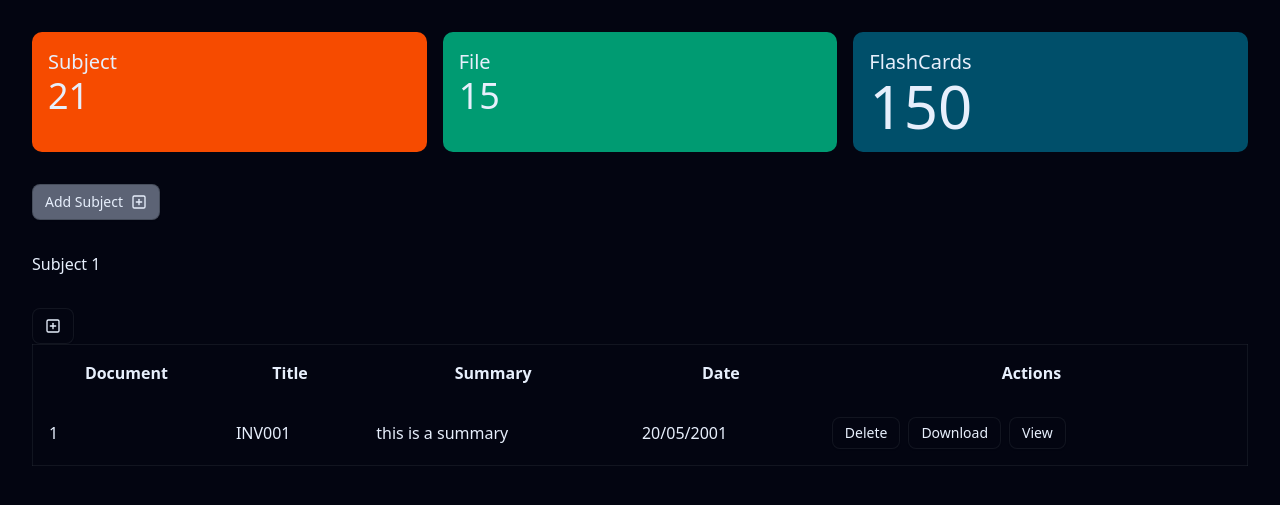
Repository: SywarDer/Student-Assistance
Page: /dashboard (app in student-assistant/)
An editor plug-in stored every save of this project. The page is shown before and after the next save, followed by the edit.
The browser window is 1280 px wide. The pictures show the whole page.
The project was rebuilt for these pictures with package versions that can differ from the ones it lists, and the page was loaded fresh each time. The framework's server and built-in components were replaced by stand-ins that run in the browser. Also part of the build but not shown: student-assistant/next.config.ts, student-assistant/components/ui/input.tsx.

Above is the page before, as saved 2025-11-04 17:36:08.

### student-assistant/app/layout.tsx
import type { Metadata } from "next";
import { Geist, Geist_Mono } from "next/font/google";
import "./globals.css";
import { SidebarProvider, SidebarTrigger } from "@/components/ui/sidebar";


const geistSans = Geist({
  variable: "--font-geist-sans",
  subsets: ["latin"],
});

const geistMono = Geist_Mono({
  variable: "--font-geist-mono",
  subsets: ["latin"],
});

export const metadata: Metadata = {
  title: "Create Next App",
  description: "Generated by create next app",
};

export default function RootLayout({
children,
}: Readonly<{
  children: React.ReactNode;
}>) {
  return (
    <html lang="en">
      <body
        className={`${geistSans.variable} ${geistMono.variable} antialiased`}
      >


        {children}

      </body>
    </html>
  );
}

### student-assistant/app/dashboard/page.tsx
"use client";
import { Button } from "@/components/ui/button";
import { Input } from "@/components/ui/input";
import { TableCaption, TableHeader, TableRow, TableHead, TableBody, TableCell, TableFooter } from "@/components/ui/table";
import { Dialog, DialogTrigger, DialogContent, DialogTitle, DialogDescription, DialogClose } from "@radix-ui/react-dialog";
import { Popover, PopoverTrigger, PopoverContent } from "@radix-ui/react-popover";
import { PlusSquare, Table } from "lucide-react";
import { Label } from "recharts";

export default function Dashboard() {

    const documents = [
        {
            id: "1",
            title: "INV001",
            date: "20/05/2001",
            summary: "this is a summary",
            actions: <div className="flex">
                <Button variant="outline" size="sm" className="mr-2">Delete</Button>
                <Button variant="outline" size="sm" className="mr-2">Download</Button>
                <Button variant="outline" size="sm">View</Button>
            </div>,
        }
    ]
    return (

        <div className="m-8 space-y-8">
            {/*Dashboard Cards*/}
            <div className="flex space-x-4 justify-between w-full">
                <div className="rounded-lg p-4 w-1/3" style={{
                    backgroundColor: "var(--chart-1)",
                    color: "var(--card-foreground)",
                }}>
                    <h1 className="text-xl">Subject</h1>
                    <h1 className="text-4xl">21</h1>
                </div>
                <div className="rounded-lg p-4 w-1/3" style={{
                    backgroundColor: "var(--chart-2)",
                    color: "var(--card-foreground)",
                }}>
                    <h1 className="text-xl">File</h1>
                    <h1 className="text-4xl">15</h1>
                </div>
                <div className="rounded-lg p-4 w-1/3" style={{
                    backgroundColor: "var(--chart-3)",
                    color: "var(--card-foreground)",
                }}>
                    <h1 className="text-xl">FlashCards</h1>
                    <h1 className="text-6xl">150</h1>
                </div>
            </div>

            {/* Button new subject */}
            <Popover>
                <PopoverTrigger asChild>
                    <Button variant="outline" className="cursor-pointer text-sm" style={{ backgroundColor: "var(--ring)" }}>
                    Add Subject <PlusSquare />
                    </Button>

                </PopoverTrigger>
                <PopoverContent className="w-80">
                    <div className="grid gap-4">
                        <div className="space-y-2">
                            <h4 className="leading-none font-medium">Subject</h4>
                            <p className="text-muted-foreground text-sm">
                                Set the details for the subject.
                            </p>
                        </div>
                        <div className="grid gap-2 ">
                            <div className="grid grid-cols-3 items-center gap-4">
                                <h1>Title</h1>
                                <Input
                                    id="width"
                                    defaultValue="100%"
                                    className="col-span-2 h-8"
                                />
                            </div>
                            <div className="grid grid-cols-3 items-center gap-4">
                                <h1>Summary</h1>
                                <Input
                                    id="maxWidth"
                                    defaultValue="300px"
                                    className="col-span-2 h-8"
                                />
                            </div>
                            <Button className="mt-4">Create Subject</Button>
                        </div>
                    </div>
                </PopoverContent>
            </Popover>

            {/** List of subjects */}

            <h1 className="text-md">Subject 1</h1>
            <table className="min-w-full border">

                <caption className="text-left text-xl cursor-pointer">

                    <Dialog>
                        <form>
                            <DialogTrigger asChild>
                                <Button variant="outline"><PlusSquare /></Button>
                            </DialogTrigger>
                            {/** Drag and drop a document */}
                            <DialogContent className="sm:max-w-[425px]">
                                <div>
                                    <DialogTitle>Upload Documents</DialogTitle>
                                    <DialogDescription>
                                        Drag and drop your files below or click the button to upload.
                                    </DialogDescription>
                                </div>

                                {/* Drag & Drop area */}
                                <div
                                    className="mt-4 flex flex-col items-center justify-center border-2 border-dashed border-gray-300 rounded-lg p-8 text-center cursor-pointer hover:border-gray-400 transition"
                                    onDragOver={(e) => e.preventDefault()}
                                    onDrop={(e) => {
                                        e.preventDefault();
                                        const files = Array.from(e.dataTransfer.files);
                                        console.log("Dropped files:", files);

                                    }}
                                >
                                    <svg
                                        xmlns="http://www.w3.org/2000/svg"
                                        width="40"
                                        height="40"
                                        viewBox="0 0 24 24"
                                        fill="none"
                                        stroke="currentColor"
                                        strokeWidth="2"
                                        strokeLinecap="round"
                                        strokeLinejoin="round"
                                        className="lucide lucide-upload text-gray-500 mb-2"
                                    >
                                        <path d="M21 15v4a2 2 0 0 1-2 2H5a2 2 0 0 1-2-2v-4" />
                                        <polyline points="17 8 12 3 7 8" />
                                        <line x1="12" x2="12" y1="3" y2="15" />
                                    </svg>
                                    <p className="text-sm text-gray-600">
                                        Drop your files here or click below to upload
                                    </p>
                                </div>

                                {/* Upload button */}
                                <div className="mt-4 flex justify-center space-x-3">
                                    <input
                                        type="file"
                                        id="file-upload"
                                        multiple
                                        className="hidden"
                                        onChange={(e) => {
                                            const files = Array.from(e.target.files ?? []);
                                            console.log("Selected files:", files);
                                            // TODO: handle upload logic
                                        }}
                                    />
                                    <label htmlFor="file-upload">
                                        <Button asChild>
                                            <span>Choose Files</span>
                                        </Button>
                                    </label>
                                    <Button type="submit">Upload</Button>
                                </div>

                                {/* Cancel button */}
                                <div className="mt-4 flex justify-end">
                                    <DialogClose asChild>
                                        <Button variant="outline">Cancel</Button>
                                    </DialogClose>
                                </div>
                            </DialogContent>

                        </form>
                    </Dialog>

                </caption>

                <thead className="gap-4">
                    <tr>
                        <th className="p-4">Document</th>
                        <th className="p-4">Title</th>
                        <th className="p-4">Summary</th>
                        <th className="p-4">Date</th>
                        <th className="p-4">Actions</th>
                    </tr>
                </thead>
                <tbody>
                    {documents.map((doc) => (
                        <tr key={doc.id}>
                            <td className="p-4">{doc.id}</td>
                            <td className="p-4">{doc.title}</td>
                            <td className="p-4">{doc.summary}</td>
                            <td className="p-4">{doc.date}</td>
                            <td className="p-4">{doc.actions}</td>
                        </tr>
                    ))}
                </tbody>
            </table>

        </div>

    )
}

### student-assistant/app/globals.css
@import "tailwindcss";
@import "tw-animate-css";

@custom-variant dark (&:is(.dark *));

@theme inline {
  --color-background: var(--background);
  --color-foreground: var(--foreground);
  --font-sans: var(--font-geist-sans);
  --font-mono: var(--font-geist-mono);
  --color-sidebar-ring: var(--sidebar-ring);
  --color-sidebar-border: var(--sidebar-border);
  --color-sidebar-accent-foreground: var(--sidebar-accent-foreground);
  --color-sidebar-accent: var(--sidebar-accent);
  --color-sidebar-primary-foreground: var(--sidebar-primary-foreground);
  --color-sidebar-primary: var(--sidebar-primary);
  --color-sidebar-foreground: var(--sidebar-foreground);
  --color-sidebar: var(--sidebar);
  --color-chart-5: var(--chart-5);
  --color-chart-4: var(--chart-4);
  --color-chart-3: var(--chart-3);
  --color-chart-2: var(--chart-2);
  --color-chart-1: var(--chart-1);
  --color-ring: var(--ring);
  --color-input: var(--input);
  --color-border: var(--border);
  --color-destructive: var(--destructive);
  --color-accent-foreground: var(--accent-foreground);
  --color-accent: var(--accent);
  --color-muted-foreground: var(--muted-foreground);
  --color-muted: var(--muted);
  --color-secondary-foreground: var(--secondary-foreground);
  --color-secondary: var(--secondary);
  --color-primary-foreground: var(--primary-foreground);
  --color-primary: var(--primary);
  --color-popover-foreground: var(--popover-foreground);
  --color-popover: var(--popover);
  --color-card-foreground: var(--card-foreground);
  --color-card: var(--card);
  --radius-sm: calc(var(--radius) - 4px);
  --radius-md: calc(var(--radius) - 2px);
  --radius-lg: var(--radius);
  --radius-xl: calc(var(--radius) + 4px);
}

:root {
  --radius: 0.625rem;

  /* Base dark background & text */
  --background: oklch(0.12 0.03 270);        /* Dark gray-blue */
  --foreground: oklch(0.95 0.02 260);        /* Soft white */

  /* Cards & popovers */
  --card: oklch(0.18 0.04 270);              /* Slightly lighter than background */
  --card-foreground: var(--foreground);
  --popover: oklch(0.18 0.04 270);
  --popover-foreground: var(--foreground);

  /* Primary & secondary */
  --primary: oklch(0.6 0.12 260);            /* Deep blue */
  --primary-foreground: var(--foreground);
  --secondary: oklch(0.45 0.08 280);         /* Soft purple */
  --secondary-foreground: var(--foreground);

  /* Muted & accents */
  --muted: oklch(0.2 0.03 270);
  --muted-foreground: oklch(0.7 0.02 260);
  --accent: oklch(0.65 0.15 350);            /* Magenta/pinkish accent */
  --accent-foreground: var(--foreground);

  /* Destructive actions */
  --destructive: oklch(0.6 0.25 30);         /* Dark red */
  --border: oklch(0.3 0.02 270 / 40%);
  --input: oklch(0.15 0.03 270);             /* Slightly darker than card */
  --ring: oklch(0.5 0.03 270);

  /* Charts */
  --chart-1: oklch(0.65 0.22 40);
  --chart-2: oklch(0.6 0.15 170);
  --chart-3: oklch(0.4 0.08 230);
  --chart-4: oklch(0.6 0.18 300);
  --chart-5: oklch(0.55 0.2 50);

  /* Sidebar */
  --sidebar: oklch(0.18 0.04 270);
  --sidebar-foreground: var(--foreground);
  --sidebar-primary: var(--primary);
  --sidebar-primary-foreground: var(--foreground);
  --sidebar-accent: var(--accent);
  --sidebar-accent-foreground: var(--foreground);
  --sidebar-border: oklch(0.3 0.02 270 / 40%);
  --sidebar-ring: oklch(0.5 0.03 270);
}

/* Optional light mode toggle */
.light {
  --background: oklch(0.98 0.02 260);       /* Light gray */
  --foreground: oklch(0.12 0.03 270);       /* Dark text */

  --card: oklch(0.99 0.03 260);
  --card-foreground: var(--foreground);
  --popover: oklch(0.99 0.03 260);
  --popover-foreground: var(--foreground);

  --primary: oklch(0.2 0.05 260);
  --primary-foreground: var(--foreground);
  --secondary: oklch(0.5 0.1 280);
  --secondary-foreground: var(--foreground);

  --muted: oklch(0.85 0.03 270);
  --muted-foreground: oklch(0.35 0.02 260);
  --accent: oklch(0.8 0.2 350);
  --accent-foreground: var(--foreground);

  --destructive: oklch(0.9 0.25 30);
  --border: oklch(0.8 0.02 270 / 30%);
  --input: oklch(0.95 0.03 260);
  --ring: oklch(0.7 0.03 270);

  --chart-1: oklch(0.65 0.22 40);
  --chart-2: oklch(0.6 0.15 170);
  --chart-3: oklch(0.4 0.08 230);
  --chart-4: oklch(0.6 0.18 300);
  --chart-5: oklch(0.55 0.2 50);

  --sidebar: oklch(0.95 0.03 260);
  --sidebar-foreground: var(--foreground);
  --sidebar-primary: var(--primary);
  --sidebar-primary-foreground: var(--foreground);
  --sidebar-accent: var(--accent);
  --sidebar-accent-foreground: var(--foreground);
  --sidebar-border: oklch(0.8 0.02 270 / 30%);
  --sidebar-ring: oklch(0.7 0.03 270);
}



@layer base {
  * {
    @apply border-border outline-ring/50;
  }
  body {
    @apply bg-background text-foreground;
  }
}

### student-assistant/components/ui/button.tsx
import * as React from "react"
import { Slot } from "@radix-ui/react-slot"
import { cva, type VariantProps } from "class-variance-authority"

import { cn } from "@/lib/utils"

const buttonVariants = cva(
  "inline-flex items-center justify-center gap-2 whitespace-nowrap rounded-md text-sm font-medium transition-all disabled:pointer-events-none disabled:opacity-50 [&_svg]:pointer-events-none [&_svg:not([class*='size-'])]:size-4 shrink-0 [&_svg]:shrink-0 outline-none focus-visible:border-ring focus-visible:ring-ring/50 focus-visible:ring-[3px] aria-invalid:ring-destructive/20 dark:aria-invalid:ring-destructive/40 aria-invalid:border-destructive",
  {
    variants: {
      variant: {
        default: "bg-primary text-primary-foreground hover:bg-primary/90",
        destructive:
          "bg-destructive text-white hover:bg-destructive/90 focus-visible:ring-destructive/20 dark:focus-visible:ring-destructive/40 dark:bg-destructive/60",
        outline:
          "border bg-background shadow-xs hover:bg-accent hover:text-accent-foreground dark:bg-input/30 dark:border-input dark:hover:bg-input/50",
        secondary:
          "bg-secondary text-secondary-foreground hover:bg-secondary/80",
        ghost:
          "hover:bg-accent hover:text-accent-foreground dark:hover:bg-accent/50",
        link: "text-primary underline-offset-4 hover:underline",
      },
      size: {
        default: "h-9 px-4 py-2 has-[>svg]:px-3",
        sm: "h-8 rounded-md gap-1.5 px-3 has-[>svg]:px-2.5",
        lg: "h-10 rounded-md px-6 has-[>svg]:px-4",
        icon: "size-9",
        "icon-sm": "size-8",
        "icon-lg": "size-10",
      },
    },
    defaultVariants: {
      variant: "default",
      size: "default",
    },
  }
)

function Button({
  className,
  variant,
  size,
  asChild = false,
  ...props
}: React.ComponentProps<"button"> &
  VariantProps<typeof buttonVariants> & {
    asChild?: boolean
  }) {
  const Comp = asChild ? Slot : "button"

  return (
    <Comp
      data-slot="button"
      className={cn(buttonVariants({ variant, size, className }))}
      {...props}
    />
  )
}

export { Button, buttonVariants }

Loaded but not shown: student-assistant/lib/utils.ts (common file)

After the next save:
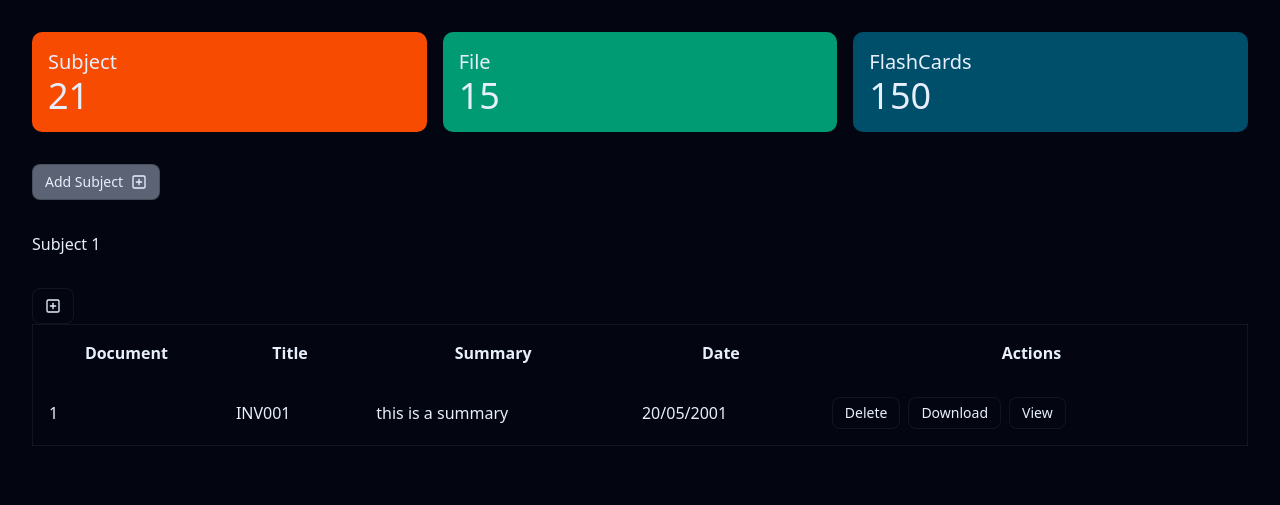
Saved 4 s later.
--- a/student-assistant/app/dashboard/page.tsx
+++ b/student-assistant/app/dashboard/page.tsx
@@ -46,7 +46,7 @@ export default function Dashboard() {
                     color: "var(--card-foreground)",
                 }}>
                     <h1 className="text-xl">FlashCards</h1>
-                    <h1 className="text-6xl">150</h1>
+                    <h1 className="text-4xl">150</h1>
                 </div>
             </div>
 
